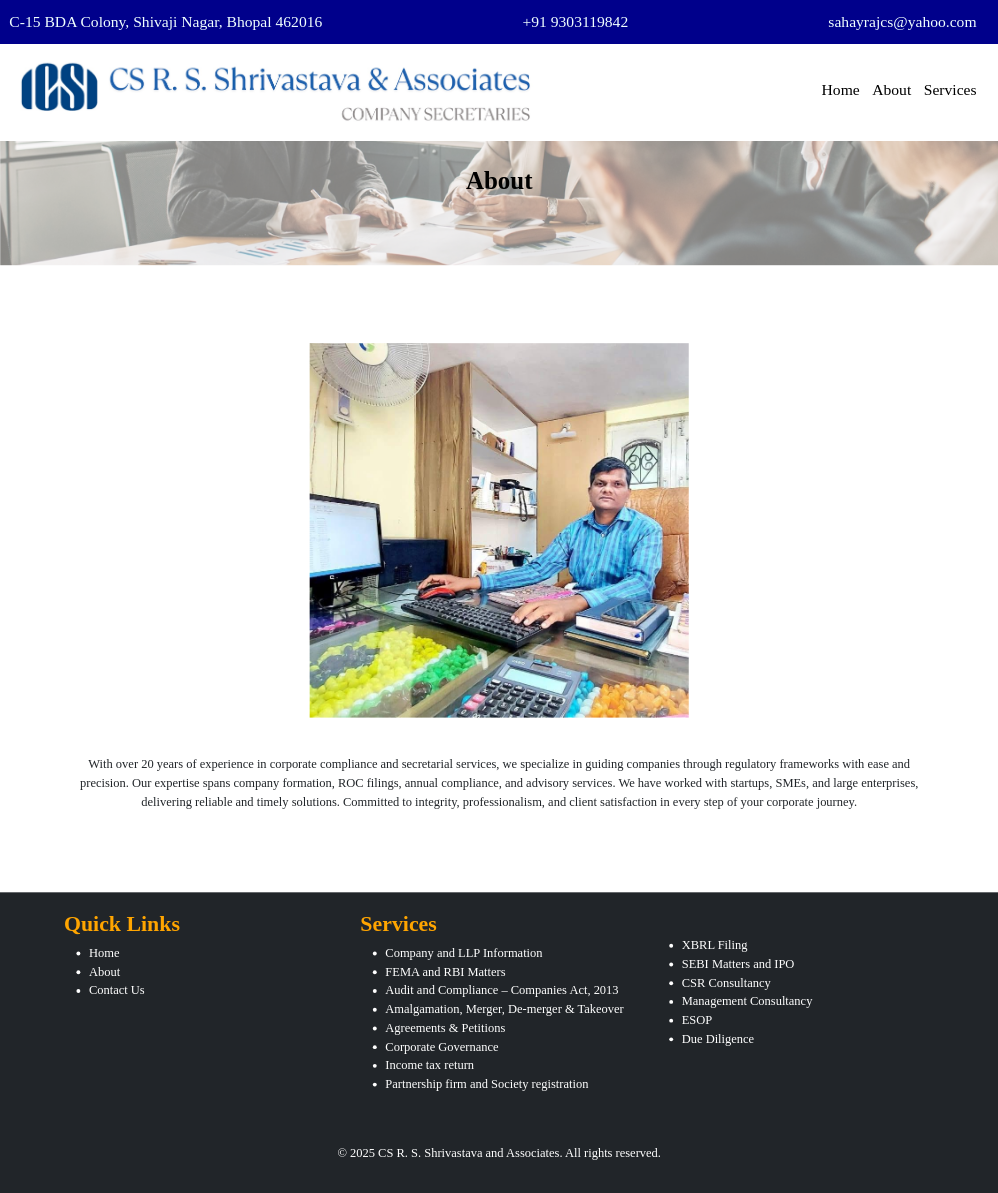
Repository: aayushiss/CS-RSS
Page: about.html
An editor plug-in stored every save of this project. The page is shown before and after the next save, followed by the edit.
The browser window is 1280 px wide. The pictures show the whole page, at 78% of full size.

Above is the page before, as saved 2025-05-27 19:09:28.

After the next save:
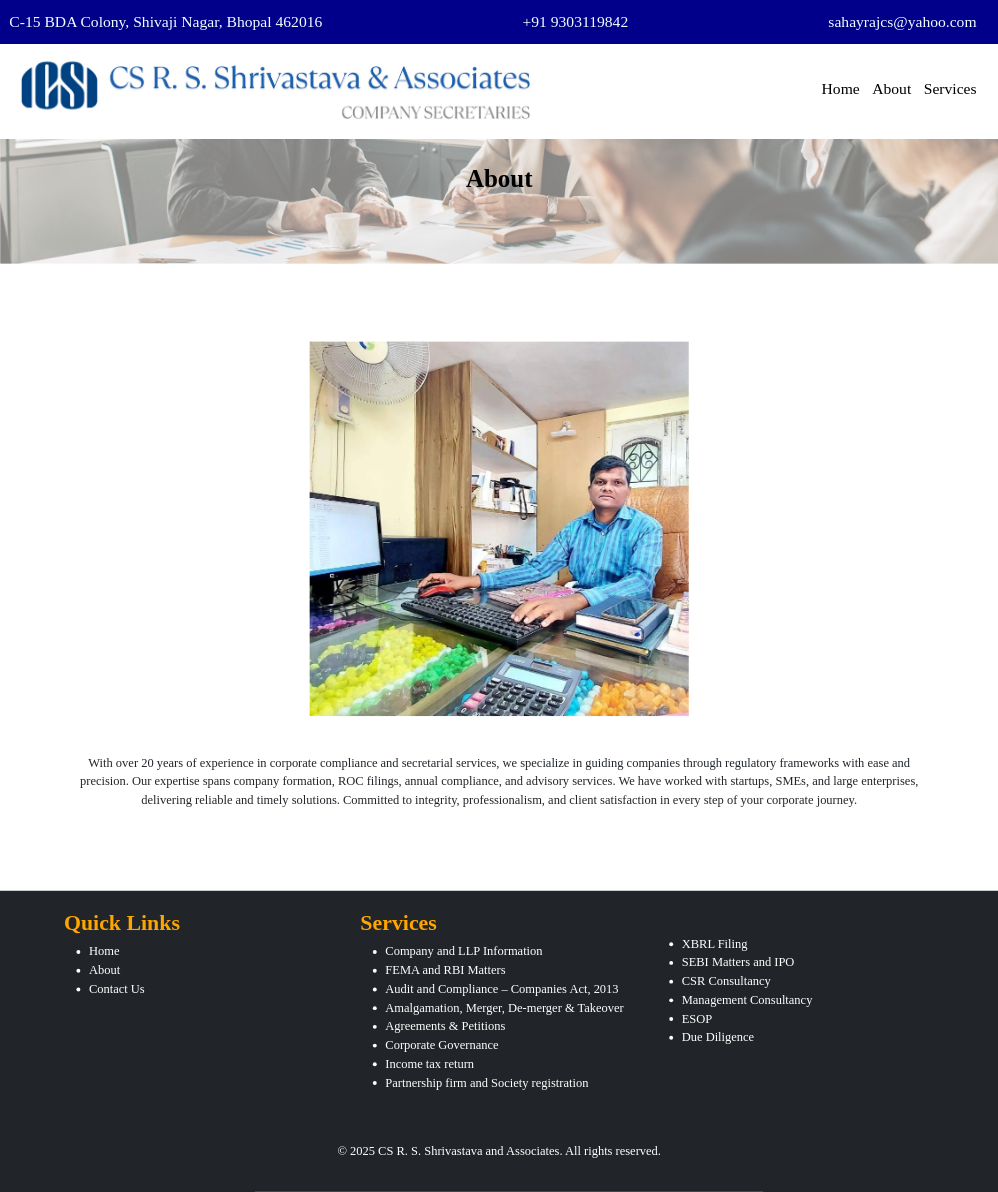
Saved 72 s later.
--- a/about.html
+++ b/about.html
@@ -20,7 +20,7 @@
             <a class="navbar-brand" href="mailto:sahayrajcs@yahoo.com">sahayrajcs@yahoo.com</a>
         </div>
     </nav>
-    <div class="navbar-space"></div>
+    <div class="pt-5"></div>
 
     <nav class="navbar sticky-top second-navbar bg-white">
         <div class="container-fluid d-flex justify-content-between align-items-center">
